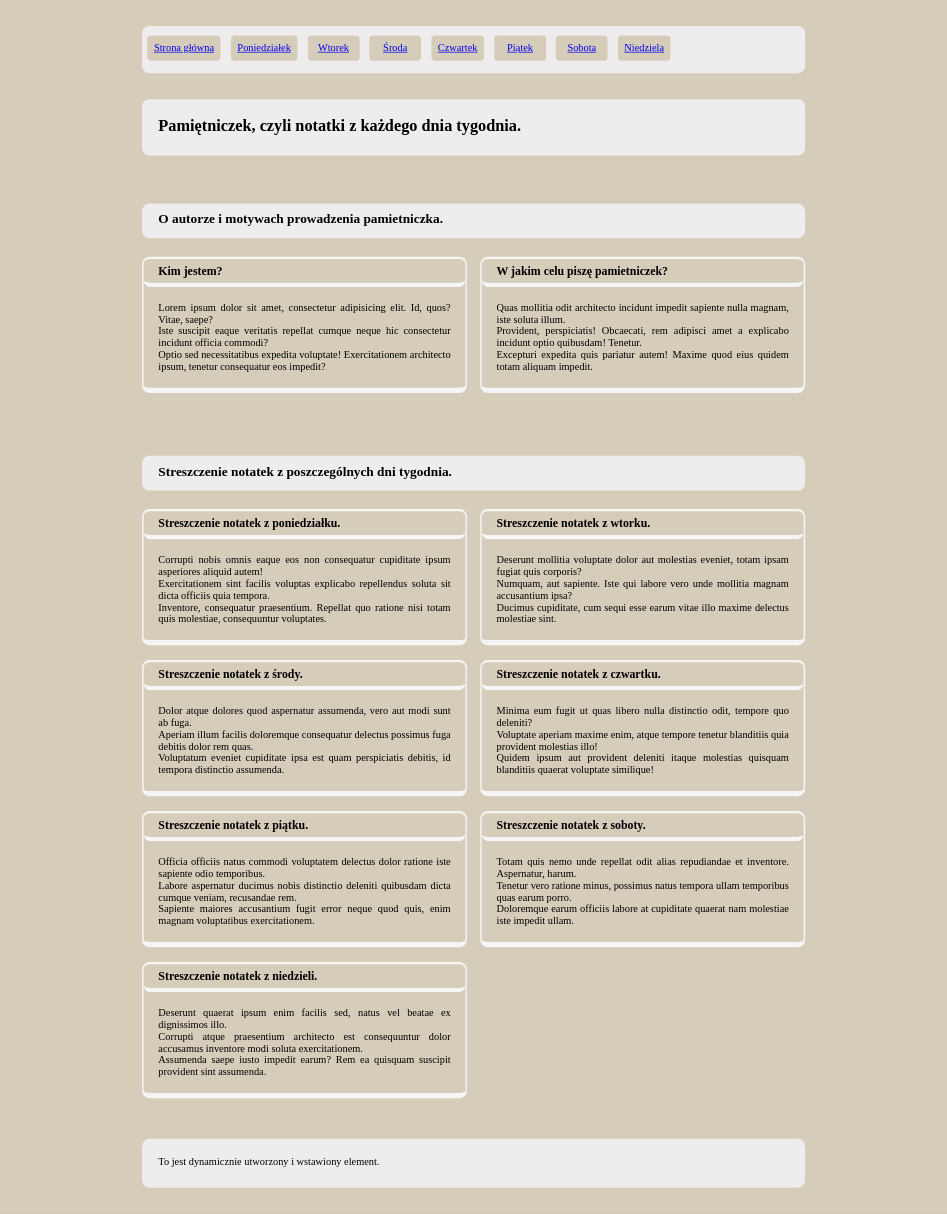
Repository: ArturNatwora/hompage
Page: index.html
The author's editor kept a copy of each file at every save. The page is drawn from the files as they stood at one save, then again after the next save.
The browser window is 1280 px wide. The pictures show the whole page, at 74% of full size.

Above is the page before, as saved 2019-06-12 08:57:30.

After the next save:
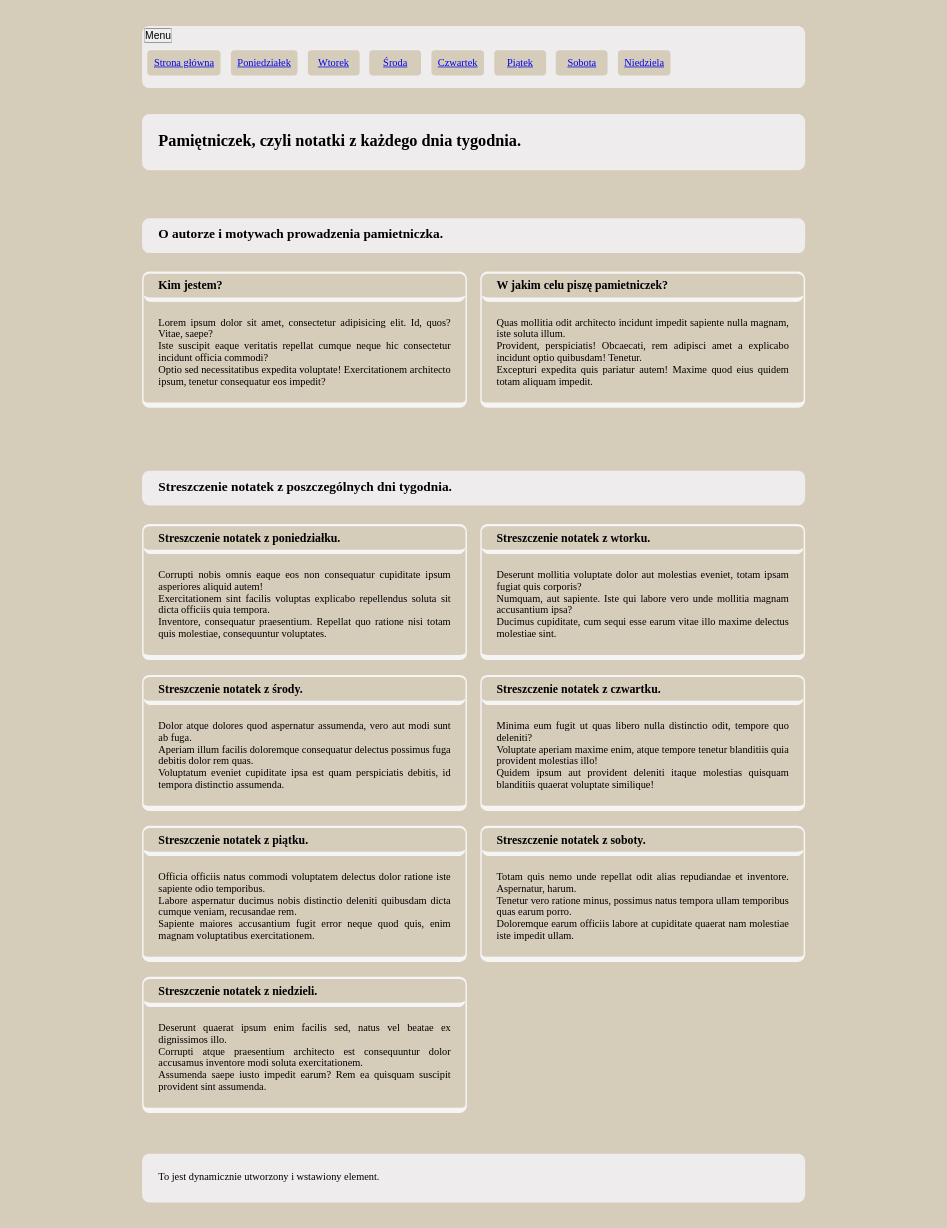
Saved 8 min 46 s later.
--- a/index.html
+++ b/index.html
@@ -12,6 +12,7 @@
 <body>
     <header class="bodyHeader">
         <nav class="bodyHeader__nav">
+            <button class="bodyHeader__navResponsSwich">Menu</button>
             <ul class="bodyHeader__navListLink" >
                 <li class="bodyHeader__navItemLink"><a class="bodyHeader__navLink" href="index.html">Strona główna</a></li>
                 <li class="bodyHeader__navItemLink"><a class="bodyHeader__navLink" href="./days/1.html">Poniedziałek</a></li>

After the save that followed:
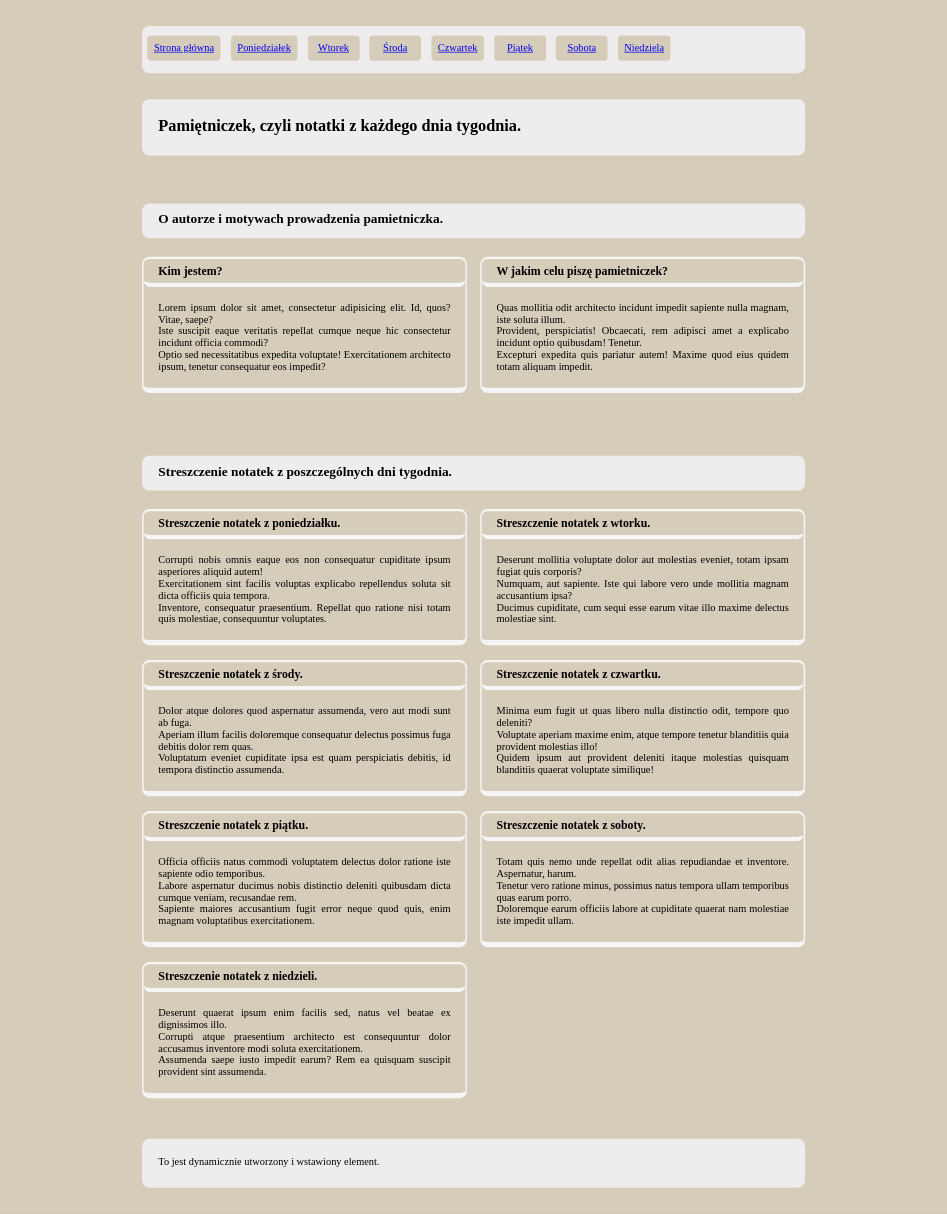
Saved 83 s later.
--- a/index.css
+++ b/index.css
@@ -36,6 +36,9 @@ body{
     border-style: solid;
     border-color: rgb(238, 236, 236);
     border-radius: 10px;
+}
+.bodyHeader__navResponsSwich{
+    display:none;
 }
 .bodyHeader__navListLink {
     width: 100%;
